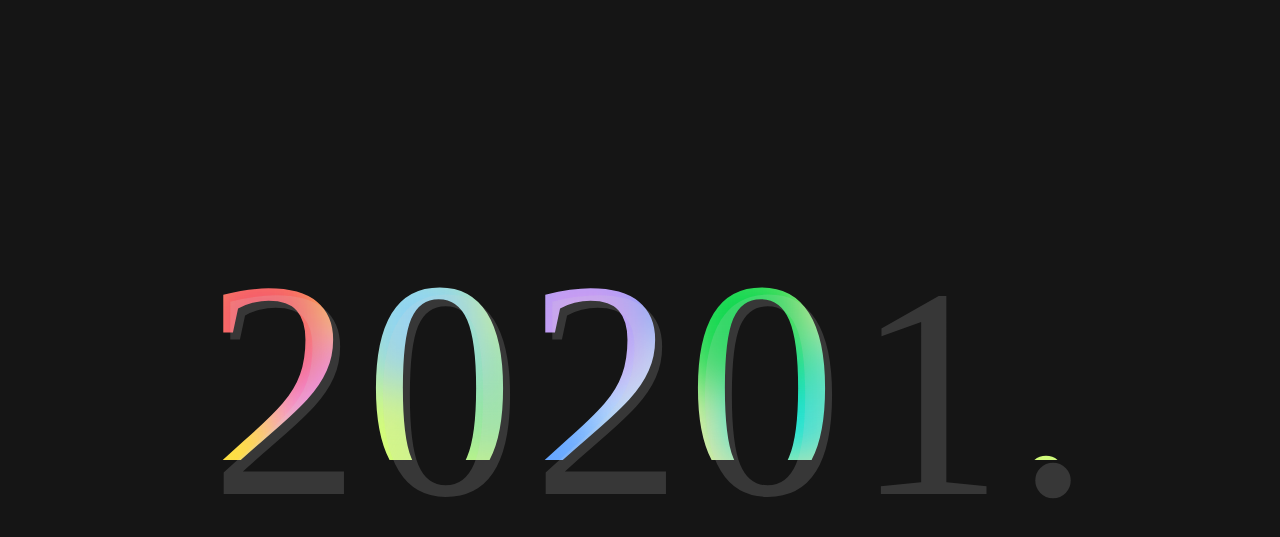
Repository: ramtoppo12/Happy-new-year-2021
Page: index.html
An editor plug-in stored every save of this project. The page is shown before and after the next save, followed by the edit.
The browser window is 1280 px wide. The pictures show the whole page.
Some web fonts or font styles are not loaded; a fallback is used.

Above is the page before, as saved 2020-12-24 23:23:42.

### index.html
<!DOCTYPE html>
<html lang="en">
<head>
    <meta charset="UTF-8">
    <meta name="viewport" content="width=device-width, initial-scale=1.0">
    <title>Welcome 2021</title>
    <link rel="stylesheet" href="style.css">
</head>
<body>
    <div class="text text-1">2</div>
    <div class="text text-2">0</div>
    <div class="text text-3">2</div>
    <div class="text text-4">0</div>

    <div class="text text-5">1</div>
    <div class="text text-2">.</div>
</body>
</html>

### style.css
@import url("https://fonts.googleapis.com/css?family=Modak");

* {
  margin: 0;
  padding: 0;
  box-sizing: border-box;
}

body {
  background: #151515;
  text-align: center;
}

.text {
  height: 200px;
  display: inline-block;
  font-size: 300px;
  line-height: 84%;
  font-family: Modak;
  padding-left: 7px;
  background-clip: text;
  -webkit-background-clip: text;
  color: transparent;
  margin-top: calc(50vh - 100px);
  text-shadow: 7px 7px 0px #d2d2d22e;
}

.text-1 {
  background-image: url("data:[embedded picture, 1301 characters]");
}

.text-2 {
  background-image: url("data:[embedded picture, 1301 characters]");
}

.text-3 {
  background-image: url("data:[embedded picture, 1301 characters]");
}

.text-4 {
  background-image: url("data:[embedded picture, 1300 characters]");
}
.text-5 {
  transform: translateX();
}

After the next save:
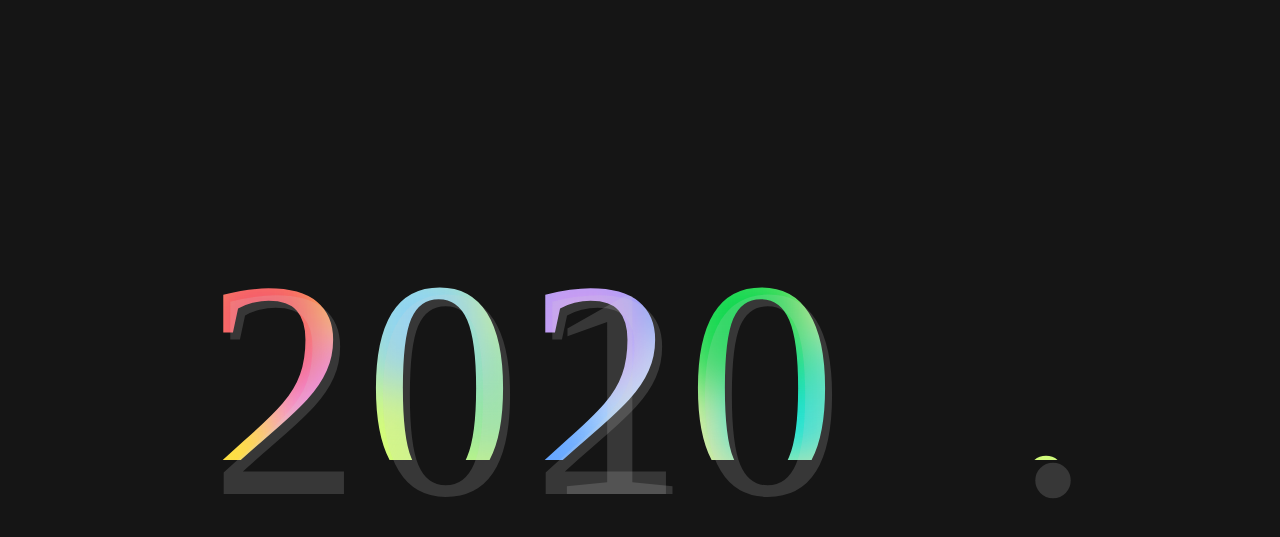
Saved 4 s later.
--- a/style.css
+++ b/style.css
@@ -41,5 +41,5 @@ body {
   background-image: url("data:[embedded picture, 1300 characters]");
 }
 .text-5 {
-  transform: translateX();
+  transform: translateX(-200%);
 }
